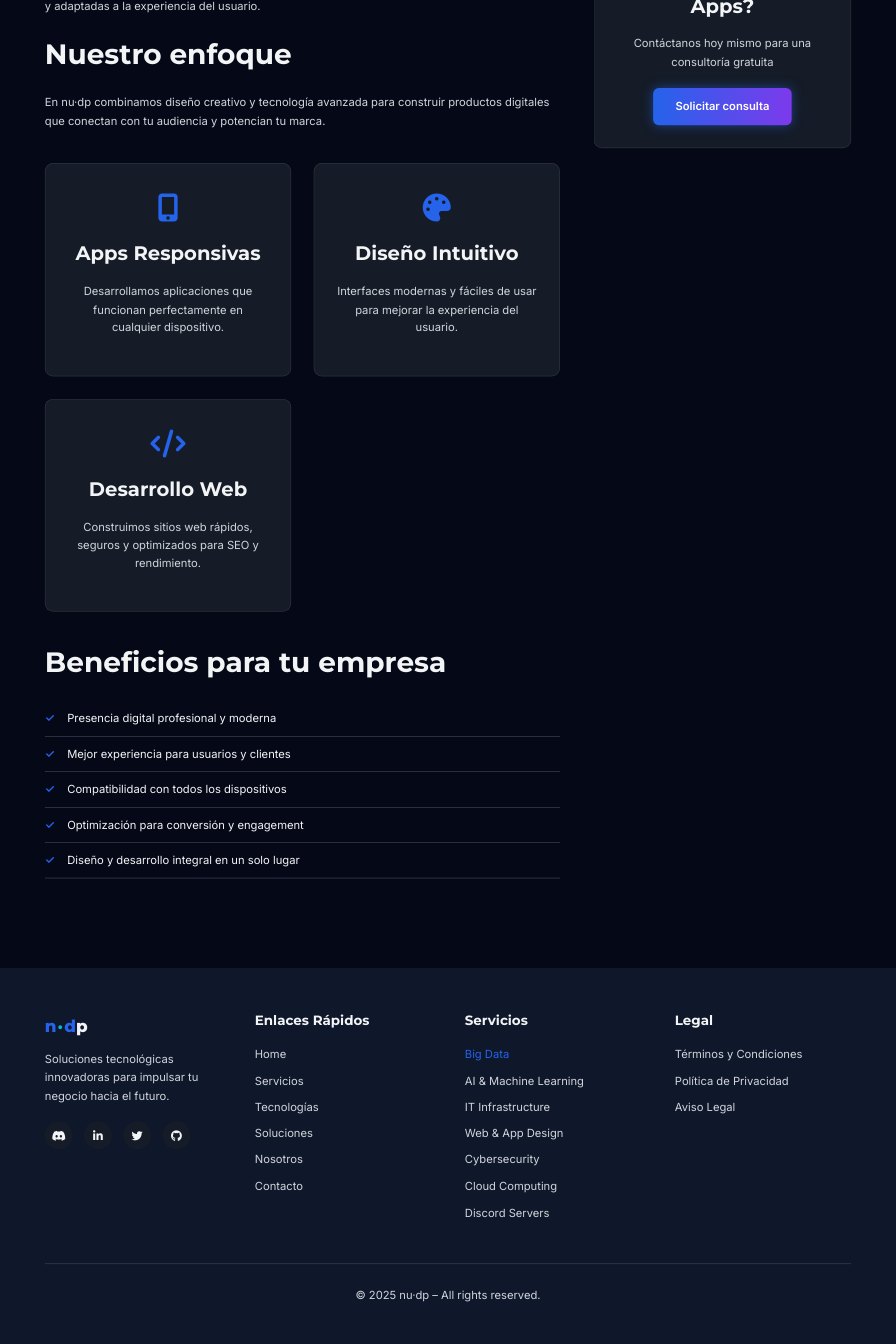
Repository: nu-dp/nu.dp-website
Page: services/web-app.html
These files come from the project's save history. The page is drawn as it stood at one moment and after the next save; the edit follows.
The browser window is 1280 px wide. The pictures show the part of the page from y = 837 to 2757 px (the page is 2757 px tall), at 70% of full size.

Above is the page before, as saved 2025-08-21 22:12:36.

After the next save:
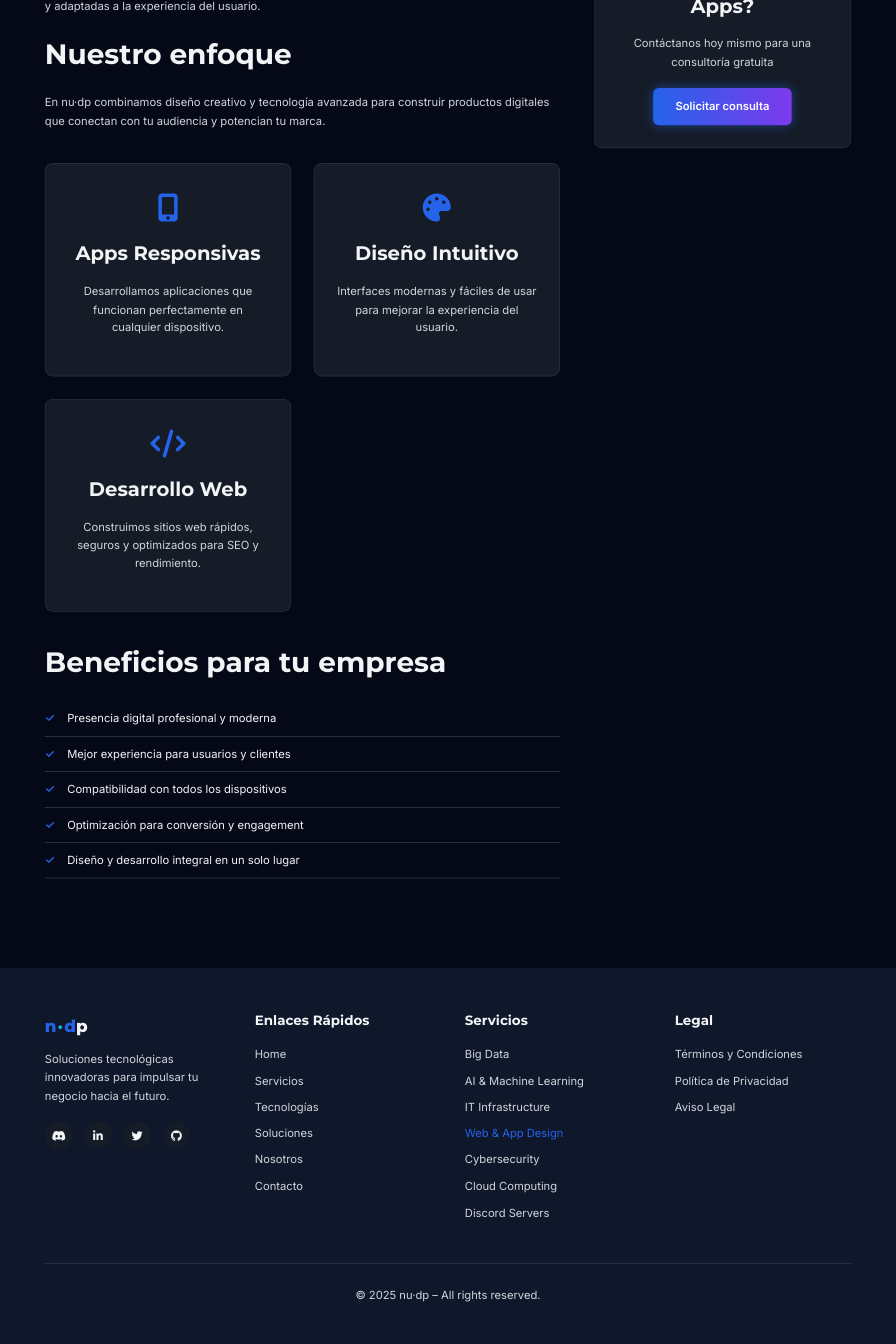
Saved 8 s later.
--- a/services/web-app.html
+++ b/services/web-app.html
@@ -163,10 +163,10 @@
                 <div class="footer-links">
                     <h4>Servicios</h4>
                     <ul>
-                        <li><a href="big-data.html" class="active">Big Data</a></li>
+                        <li><a href="big-data.html">Big Data</a></li>
                         <li><a href="ai.html">AI & Machine Learning</a></li>
                         <li><a href="it-infra.html">IT Infrastructure</a></li>
-                        <li><a href="web-app.html">Web & App Design</a></li>
+                        <li><a href="web-app.html" class="active">Web & App Design</a></li>
                         <li><a href="cyber.html">Cybersecurity</a></li>
                         <li><a href="cloud.html">Cloud Computing</a></li>
                         <li><a href="discord.html">Discord Servers</a></li>
